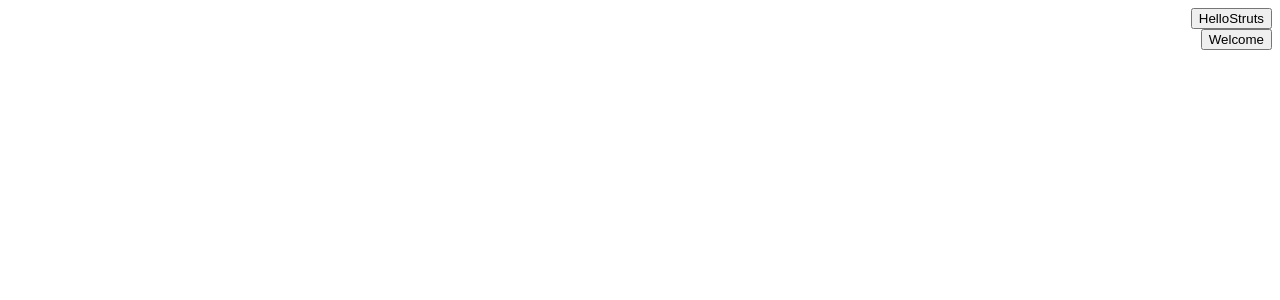
Repository: user10112018/test
Page: http://localhost/WebProj/
The author's editor kept a copy of each file at every save. The page is drawn from the files as they stood at one save, then again after the next save.
The browser window is 1280 px wide. The pictures show the whole page.
The page is served by Tomcat 9. Other server files are loaded and not shown.

Above is the page before, as saved 2018-10-16 08:44:32.

### WebProj/WebContent/index.jsp
<%@ page language="java" contentType="text/html; charset=UTF-8"
    pageEncoding="UTF-8"%>
<%@ taglib prefix="s" uri="/struts-tags" %>
<!DOCTYPE html>
<html>
<head>
<meta charset="UTF-8">
<title>INDEX</title>
</head>

<body>

<form action="HelloStrutsAction">

<s:submit value="HelloStruts"/>

</form>


<form action="WelcomeAction">

<s:submit value="Welcome"/>

</form>

</body>
</html>

After the next save:
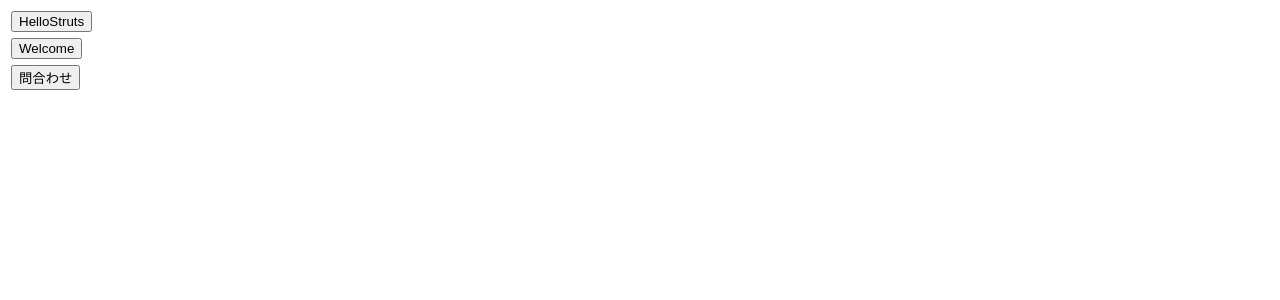
Saved 4 min 17 s later.
--- a/WebProj/WebContent/index.jsp
+++ b/WebProj/WebContent/index.jsp
@@ -10,18 +10,27 @@
 
 <body>
 
-<form action="HelloStrutsAction">
+<s:form action="HelloStrutsAction">
 
 <s:submit value="HelloStruts"/>
 
-</form>
+</s:form>
 
 
-<form action="WelcomeAction">
+<s:form action="WelcomeAction">
 
 <s:submit value="Welcome"/>
 
-</form>
+</s:form>
+
+
+<s:form action="InquiryAction">
+
+<s:submit value="問合わせ"/>
+
+</s:form>
+
+
 
 </body>
 </html>
